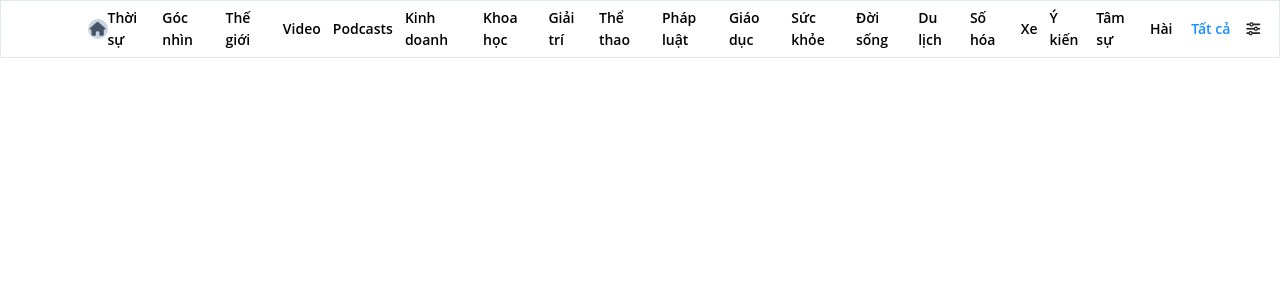
Repository: truongnguyenuit/WebAppDefault
Page: / (app in client/)
An editor plug-in stored every save of this project. The page is shown before and after the next save, followed by the edit.
The browser window is 1280 px wide. The pictures show the whole page.
Some web libraries are served in a nearby version. The project was rebuilt for these pictures with package versions that can differ from the ones it lists, and the page was loaded fresh each time. Also part of the build but not shown: client/src/pages/HomePage.jsx, client/src/contexts/authContext.js, client/src/router/protectedRouter.js. Imported but missing from the stored project, and not drawn on this page: client/src/pages/LoginPage, client/src/pages/LogoutPage, client/src/pages/RegisterPage, client/src/reducers/authReducer, client/src/untils/setAuthToken.

Above is the page before, as saved 2022-08-04 14:54:49.

### client/public/index.html
<!DOCTYPE html>
<html lang="en">
  <head>

    <meta charset="utf-8" />
    <meta name="viewport" content="width=device-width, initial-scale=1" />
    <meta
      name="description"
      content="Web site created using create-react-app"
    />
    <style>
      *{
        font-family: 'Open Sans', sans-serif;
        margin: 0;
      }
    </style>
    <script src="https://kit.fontawesome.com/cd2089affa.js" crossorigin="anonymous"></script>
    <title>Vnexpress</title>

  </head>
  <body>

    <noscript>You need to enable JavaScript to run this app.</noscript>
    <div id="root"></div>

  </body>
</html>

### client/src/index.js
import React from 'react';
import ReactDOM from 'react-dom/client';
import './index.css';
import App from './App';
import 'antd/dist/antd.min.css'

const root = ReactDOM.createRoot(document.getElementById('root'));
root.render(
  <React.StrictMode>
    <App />
  </React.StrictMode>
);

### client/src/App.js
import { BrowserRouter, Route, Routes } from "react-router-dom";
import { configRouter } from './router/configRouter';
import NavbarComponent from './components/NavbarComponent';
import ProtectedRoute from "./router/protectedRouter";

function App() {


  return (
    <div>
      <BrowserRouter>
        <div className="fixed top-0 left-0 right-0 z-10">
          <NavbarComponent />
        </div>
        <span className=" text-blue-600/100">
          asdasd
        </span>

      </BrowserRouter>
    </div>
  );
}

export default App;

### client/src/router/configRouter.js
import HomePage from "../pages/HomePage";
import LoginPage from "../pages/LoginPage";
import RegisterPage from "../pages/RegisterPage";
import LogoutPage from "../pages/LogoutPage";


import { pathName } from "./pathName";

export const configRouter=[
  {
    path: pathName.home,
    page: <HomePage/>,
    private: true,
  },
  {
    path: pathName.login,
    page: <LoginPage/>,
    private: false,
  },
  {
    path: pathName.register,
    page: <RegisterPage/>,
    private: false,
  },
  {
    path: pathName.logout,
    page: <LogoutPage/>,
    private: true,
  },
]

### client/src/components/NavbarComponent.js
import React from 'react'
import { Link } from "react-router-dom";
import { Row, Col } from "antd"
import { pathName } from '../router/pathName';

const NavigateRouter = [
  {
    path: pathName.home,
    name: "Thời sự",
  },
  {
    path: pathName.myBlog,
    name: "Góc nhìn",
  },
  {
    path: pathName.search,
    name: "Thế giới"
  },
  {
    path: pathName.setting,
    name: "Video",
  },
  {
    path: pathName.createPost,
    name: "Podcasts",
  },
  {
    path: pathName.logout,
    name: "Kinh doanh",
  },
  {
    path: pathName.logout,
    name: "Khoa học",
  },
  {
    path: pathName.logout,
    name: "Giải trí",
  },
  {
    path: pathName.logout,
    name: "Thể thao",
  },
  {
    path: pathName.logout,
    name: "Pháp luật",
  },
  {
    path: pathName.logout,
    name: "Giáo dục",
  },
  {
    path: pathName.logout,
    name: "Sức khỏe",
  },
  {
    path: pathName.logout,
    name: "Đời sống",
  },
  {
    path: pathName.logout,
    name: "Du lịch",
  },
  {
    path: pathName.logout,
    name: "Số hóa",
  },
  {
    path: pathName.logout,
    name: "Xe",
  },
  {
    path: pathName.logout,
    name: "Ý kiến",
  },
  {
    path: pathName.logout,
    name: "Tâm sự",
  },
  {
    path: pathName.logout,
    name: "Hài",
  },

];

const NavbarComponent = () => {
  return (
    <div className="bg-white">
      <Row className='border border-slate-200'>

        <Col span={2}>
          <div className='flex justify-end items-center text-[14px] font-semibold gap-4 h-14'>
            <div className='bg-slate-300 w-[20px] h-[20px] flex justify-center items-center rounded-full'>
              <i class="fa-solid fa-house text-slate-600"></i>
            </div>
          </div>
        </Col>

        <Col span={20} className="h-14">
          <nav>
            <ul className="flex justify-center items-center text-[14px] font-semibold gap-3 h-14 ">
              {NavigateRouter.map((item, index) => {
                return (
                  <li key={index} className=" ">
                    <Link to={item.path} className="text-black hover:text-red-500 w-full">
                      {item.name}
                    </Link>
                  </li>
                );

              })}
            </ul>
          </nav>
        </Col>

        <Col span={2}>
          <div className='flex justify-center items-center text-[14px] font-semibold gap-4 h-14'>
            <Link to={''}>
              <p className='m-0'>Tất cả</p>
            </Link>
            <i class="fa-solid fa-sliders"></i>
          </div>
        </Col>

      </Row>
    </div>
  )
}

export default NavbarComponent

### client/src/router/pathName.js
export const pathName = {

  login: "/login",
  register: "/register",
  logout: "/logout",

  home: "/",
  myBlog: "/myblog",

  search: "/search",
  setting: "/setting",
  createPost: "/write",

}

### client/tailwind.config.js
/** @type {import('tailwindcss').Config} */
module.exports = {
  content: ["./src/**/*.{html,js,jsx,ts}"],
  theme: {
    extend: {},
  },
  plugins: [],
}

Loaded but not shown: client/src/index.css (common file)

After the next save:
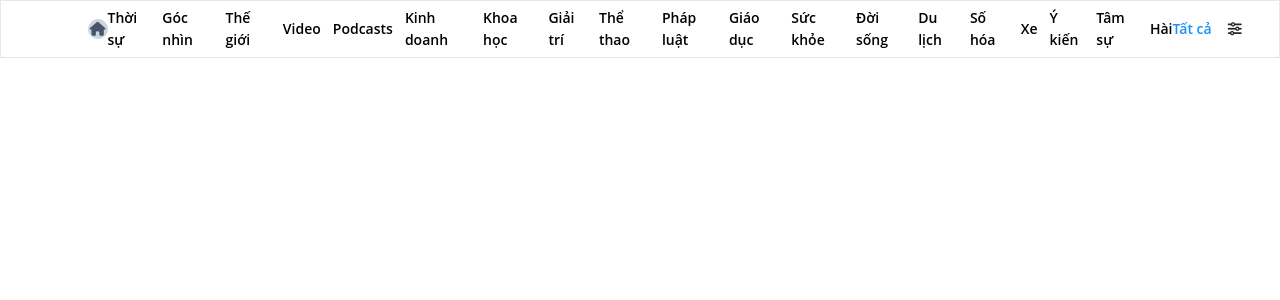
Saved 14 s later.
--- a/client/src/components/NavbarComponent.js
+++ b/client/src/components/NavbarComponent.js
@@ -114,7 +114,7 @@ const NavbarComponent = () => {
         </Col>
 
         <Col span={2}>
-          <div className='flex justify-center items-center text-[14px] font-semibold gap-4 h-14'>
+          <div className='flex justify-start items-center text-[14px] font-semibold gap-4 h-14'>
             <Link to={''}>
               <p className='m-0'>Tất cả</p>
             </Link>
